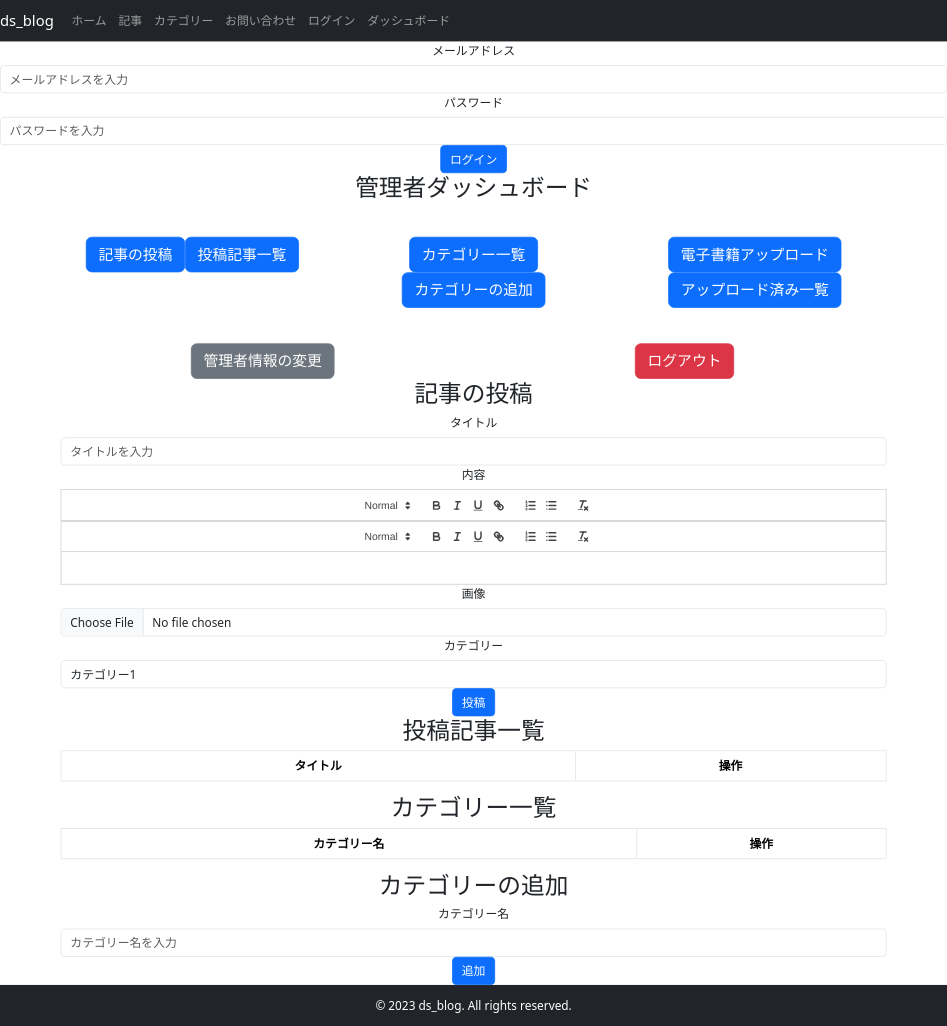
Repository: a-yama100/ds_blog
Page: /categories (app in frontend/)
The author's editor kept a copy of each file at every save. The page is drawn from the files as they stood at one save, then again after the next save.
The browser window is 1280 px wide. The pictures show the whole page, at 74% of full size.
The page's requests for data from a server got no answer. The project was rebuilt for these pictures with package versions that can differ from the ones it lists, and the page was loaded fresh each time. No one was signed in, and anything a server would have sent is missing.

Above is the page before, as saved 2023-10-03 06:48:34.

### frontend/src/index.js
// E:\programming\Project\ds_blog\frontend\src\index.js

import React from 'react';
import ReactDOM from 'react-dom/client';
import './index.css';
import App from './App';
import reportWebVitals from './reportWebVitals';
import 'bootstrap/dist/css/bootstrap.min.css';

const root = ReactDOM.createRoot(document.getElementById('root'));
root.render(
  <React.StrictMode>
    <App />
  </React.StrictMode>
);

reportWebVitals();

### frontend/src/App.js
// E:\programming\Project\ds_blog\frontend\src\App.js

import './App.css';
import React from 'react';
import Header from './components/Header';
import Footer from './components/Footer';
import Login from './components/Login';
import Dashboard from './components/Dashboard';
import ArticleCreate from './components/ArticleCreate';
import ArticleList from './components/ArticleList';
import CategoryList from './components/CategoryList';
import AddCategory from './components/AddCategory';
import EditProfile from './components/EditProfile';

function App() {
  return (
    <div className="App">
      <Header />
      <Login />
      <Dashboard />
      <ArticleCreate />
      <ArticleList />
      <CategoryList />
      <AddCategory />
      <Footer />
    </div>
  );
}

export default App;

### frontend/src/components/Header.js
// E:\programming\Project\ds_blog\frontend\src\components\Header.js

import React from 'react';
import { Navbar, Nav } from 'react-bootstrap';

const Header = () => {
    return (
        <Navbar bg="dark" variant="dark" expand="lg">
            <Navbar.Brand href="/">ds_blog</Navbar.Brand>
            <Navbar.Toggle aria-controls="basic-navbar-nav" />
            <Navbar.Collapse id="basic-navbar-nav">
                <Nav className="mr-auto">
                    <Nav.Link href="/">ホーム</Nav.Link>
                    <Nav.Link href="/articles">記事</Nav.Link>
                    <Nav.Link href="/categories">カテゴリー</Nav.Link>
                    <Nav.Link href="/contact">お問い合わせ</Nav.Link>
                </Nav>
                <Nav className="ml-auto">
                    <Nav.Link href="/login">ログイン</Nav.Link>
                    <Nav.Link href="/dashboard">ダッシュボード</Nav.Link>
                </Nav>
            </Navbar.Collapse>
        </Navbar>
    );
}

export default Header;

### frontend/src/components/Footer.js
// E:\programming\Project\ds_blog\frontend\src\components\Footer.js

import React from 'react';

const Footer = () => {
    return (
        <footer className="text-center py-3 bg-dark text-white">
            &copy; 2023 ds_blog. All rights reserved.
        </footer>
    );
}

export default Footer;

### frontend/src/components/Login.js
// E:\programming\Project\ds_blog\frontend\src\components\Login.js

import React, { useState } from 'react';
import { Form, Button } from 'react-bootstrap';

const Login = () => {
    const [email, setEmail] = useState('');
    const [password, setPassword] = useState('');

    const handleSubmit = async (e) => {
        e.preventDefault();
        try {
            const response = await fetch('/users/login', {
                method: 'POST',
                headers: {
                    'Content-Type': 'application/json'
                },
                body: JSON.stringify({ email, password })
            });
            const data = await response.json();

            if (response.status === 200) {
                console.log("ログイン成功:", data);
                // ここでセッションやトークンを保存する処理を追加
            } else {
                console.error("ログイン失敗:", data.error);
            }
        } catch (error) {
            console.error("エラー:", error);
        }
    }

    return (
        <div className="login-form">
            <Form onSubmit={handleSubmit}>
                <Form.Group controlId="formBasicEmail">
                    <Form.Label>メールアドレス</Form.Label>
                    <Form.Control type="email" placeholder="メールアドレスを入力" value={email} onChange={e => setEmail(e.target.value)} />
                </Form.Group>

                <Form.Group controlId="formBasicPassword">
                    <Form.Label>パスワード</Form.Label>
                    <Form.Control type="password" placeholder="パスワードを入力" value={password} onChange={e => setPassword(e.target.value)} />
                </Form.Group>

                <Button variant="primary" type="submit">
                    ログイン
                </Button>
            </Form>
        </div>
    );
}

export default Login;

### frontend/src/components/Dashboard.js
// E:\programming\Project\ds_blog\frontend\src\components\Dashboard.js

import React from 'react';
import { Button, Container, Row, Col } from 'react-bootstrap';

const Dashboard = () => {
    return (
        <Container>
            <h2>管理者ダッシュボード</h2>
            <Row className="mt-5">
                <Col md={4}>
                    <Button href="/create-article" variant="primary" size="lg" block>記事の投稿</Button>
                    <Button href="/articles" variant="primary" size="lg" block>投稿記事一覧</Button>
                </Col>
                <Col md={4}>
                    <Button href="/categories" variant="primary" size="lg" block>カテゴリー一覧</Button>
                    <Button href="/add-category" variant="primary" size="lg" block>カテゴリーの追加</Button>
                </Col>
                <Col md={4}>
                    <Button href="/upload-ebook" variant="primary" size="lg" block>電子書籍アップロード</Button>
                    <Button href="/ebooks" variant="primary" size="lg" block>アップロード済み一覧</Button>
                </Col>
            </Row>
            <Row className="mt-5">
                <Col md={6}>
                    <Button href="/edit-profile" variant="secondary" size="lg" block>管理者情報の変更</Button>
                </Col>
                <Col md={6}>
                    <Button href="/logout" variant="danger" size="lg" block>ログアウト</Button>
                </Col>
            </Row>
        </Container>
    );
}

export default Dashboard;

### frontend/src/components/ArticleCreate.js
// E:\programming\Project\ds_blog\frontend\src\components\ArticleCreate.js

import React, { useState } from 'react';
import RichTextEditor from './RichTextEditor';
import { Button, Form, Container } from 'react-bootstrap';

const ArticleCreate = () => {
    const [title, setTitle] = useState('');
    const [content, setContent] = useState('');
    const [image, setImage] = useState(null);
    const [categoryId, setCategoryId] = useState('');

    const handleSubmit = async (e) => {
        e.preventDefault();
        const formData = new FormData();
        formData.append('title', title);
        formData.append('content', content);
        if (image) formData.append('image', image);
        formData.append('categoryId', categoryId);

        try {
            const response = await fetch('/articles', {
                method: 'POST',
                body: formData
            });
            const data = await response.json();

            if (response.status === 200) {
                console.log("記事投稿成功:", data);
            } else {
                console.error("記事投稿失敗:", data.error);
            }
        } catch (error) {
            console.error("エラー:", error);
        }
    }

    return (
        <Container>
            <h2>記事の投稿</h2>
            <Form onSubmit={handleSubmit}>
                <Form.Group controlId="title">
                    <Form.Label>タイトル</Form.Label>
                    <Form.Control type="text" placeholder="タイトルを入力" value={title} onChange={e => setTitle(e.target.value)} />
                </Form.Group>

                <Form.Group controlId="content">
                    <Form.Label>内容</Form.Label>
                    <RichTextEditor content={content} setContent={setContent} />
                </Form.Group>

                <Form.Group>
                    <Form.Label>画像</Form.Label>
                    <Form.Control type="file" onChange={e => setImage(e.target.files[0])} />
                </Form.Group>

                <Form.Group controlId="categoryId">
                    <Form.Label>カテゴリー</Form.Label>
                    <Form.Control as="select" value={categoryId} onChange={e => setCategoryId(e.target.value)}>
                        {/* カテゴリーのデータはAPIから取得する必要があります */}
                        <option value="1">カテゴリー1</option>
                        <option value="2">カテゴリー2</option>
                        {/* ... */}
                    </Form.Control>
                </Form.Group>

                <Button variant="primary" type="submit">
                    投稿
                </Button>
            </Form>
        </Container>
    );
}

export default ArticleCreate;

### frontend/src/components/ArticleList.js
// E:\programming\Project\ds_blog\frontend\src\components\ArticleList.js

import React, { useState, useEffect } from 'react';
import { Table, Container } from 'react-bootstrap';

const ArticleList = () => {
    const [articles, setArticles] = useState([]);

    useEffect(() => {
        const fetchArticles = async () => {
            try {
                const response = await fetch('/articles');
                const data = await response.json();
                setArticles(data);
            } catch (error) {
                console.error("エラー:", error);
            }
        }
        fetchArticles();
    }, []);

    return (
        <Container>
            <h2>投稿記事一覧</h2>
            <Table striped bordered hover>
                <thead>
                    <tr>
                        <th>タイトル</th>
                        <th>操作</th>
                    </tr>
                </thead>
                <tbody>
                    {articles.map(article => (
                        <tr key={article.id}>
                            <td>{article.title}</td>
                            <td>
                                <a href={`/articles/${article.id}/edit`}>編集</a> |
                                <a href={`/articles/${article.id}/delete`}>削除</a>
                            </td>
                        </tr>
                    ))}
                </tbody>
            </Table>
        </Container>
    );
}

export default ArticleList;

### frontend/src/components/CategoryList.js
// E:\programming\Project\ds_blog\frontend\src\components\CategoryList.js

import React, { useState, useEffect } from 'react';
import { Table, Container } from 'react-bootstrap';

const CategoryList = () => {
    const [categories, setCategories] = useState([]);

    useEffect(() => {
        const fetchCategories = async () => {
            try {
                const response = await fetch('/categories');
                const data = await response.json();
                setCategories(data);
            } catch (error) {
                console.error("エラー:", error);
            }
        }
        fetchCategories();
    }, []);

    return (
        <Container>
            <h2>カテゴリー一覧</h2>
            <Table striped bordered hover>
                <thead>
                    <tr>
                        <th>カテゴリー名</th>
                        <th>操作</th>
                    </tr>
                </thead>
                <tbody>
                    {categories.map(category => (
                        <tr key={category.id}>
                            <td>{category.name}</td>
                            <td>
                                <a href={`/categories/${category.id}/edit`}>編集</a> |
                                <a href={`/categories/${category.id}/delete`}>削除</a>
                            </td>
                        </tr>
                    ))}
                </tbody>
            </Table>
        </Container>
    );
}

export default CategoryList;

### frontend/src/components/AddCategory.js
// E:\programming\Project\ds_blog\frontend\src\components\AddCategory.js

import React, { useState } from 'react';
import { Button, Form, Container } from 'react-bootstrap';

const AddCategory = () => {
    const [name, setName] = useState('');

    const handleSubmit = async (e) => {
        e.preventDefault();
        try {
            const response = await fetch('/categories', {
                method: 'POST',
                headers: {
                    'Content-Type': 'application/json'
                },
                body: JSON.stringify({ name })
            });
            const data = await response.json();

            if (response.status === 200) {
                console.log("カテゴリー追加成功:", data);
            } else {
                console.error("カテゴリー追加失敗:", data.error);
            }
        } catch (error) {
            console.error("エラー:", error);
        }
    }

    return (
        <Container>
            <h2>カテゴリーの追加</h2>
            <Form onSubmit={handleSubmit}>
                <Form.Group controlId="name">
                    <Form.Label>カテゴリー名</Form.Label>
                    <Form.Control type="text" placeholder="カテゴリー名を入力" value={name} onChange={e => setName(e.target.value)} />
                </Form.Group>

                <Button variant="primary" type="submit">
                    追加
                </Button>
            </Form>
        </Container>
    );
}

export default AddCategory;

### frontend/src/components/RichTextEditor.js
// E:\programming\Project\ds_blog\frontend\src\components\RichTextEditor.js

import React, { useRef, useEffect } from 'react';
import Quill from 'quill';
import 'quill/dist/quill.snow.css';  // for snow theme

const RichTextEditor = ({ content, setContent }) => {
    const editorRef = useRef(null);
    const quillInstance = useRef(null);  // useRefを使用してquillInstanceを定義

    useEffect(() => {
        quillInstance.current = new Quill(editorRef.current, {
            theme: 'snow'
        });

        quillInstance.current.on('text-change', () => {
            setContent(quillInstance.current.root.innerHTML);
        });
    }, [setContent]);

    return (
        <div ref={editorRef}></div>
    );
};

export default RichTextEditor;

### frontend/src/components/EditProfile.js
// E:\programming\Project\ds_blog\frontend\src\components\EditProfile.js

import React, { useState } from 'react';
import { Form, Button, Container } from 'react-bootstrap';

const EditProfile = () => {
    const [username, setUsername] = useState('');
    const [email, setEmail] = useState('');
    const [password, setPassword] = useState('');

    const handleSubmit = async (e) => {
        e.preventDefault();
        try {
            const response = await fetch('/users/edit', {
                method: 'POST',
                headers: {
                    'Content-Type': 'application/json'
                },
                body: JSON.stringify({ username, email, password })
            });
            const data = await response.json();

            if (response.status === 200) {
                console.log("情報更新成功:", data);
            } else {
                console.error("情報更新失敗:", data.error);
            }
        } catch (error) {
            console.error("エラー:", error);
        }
    }

    return (
        <Container>
            <h2>管理者情報の変更</h2>
            <Form onSubmit={handleSubmit}>
                <Form.Group controlId="username">
                    <Form.Label>ユーザー名</Form.Label>
                    <Form.Control type="text" placeholder="ユーザー名を入力" value={username} onChange={e => setUsername(e.target.value)} />
                </Form.Group>

                <Form.Group controlId="email">
                    <Form.Label>メールアドレス</Form.Label>
                    <Form.Control type="email" placeholder="メールアドレスを入力" value={email} onChange={e => setEmail(e.target.value)} />
                </Form.Group>

                <Form.Group controlId="password">
                    <Form.Label>新しいパスワード</Form.Label>
                    <Form.Control type="password" placeholder="新しいパスワードを入力" value={password} onChange={e => setPassword(e.target.value)} />
                </Form.Group>

                <Button variant="primary" type="submit">
                    更新
                </Button>
            </Form>
        </Container>
    );
}

export default EditProfile;

Loaded but not shown: frontend/public/index.html (common file); frontend/src/index.css (common file); frontend/src/reportWebVitals.js (common file); frontend/src/App.css (common file)

After the next save:
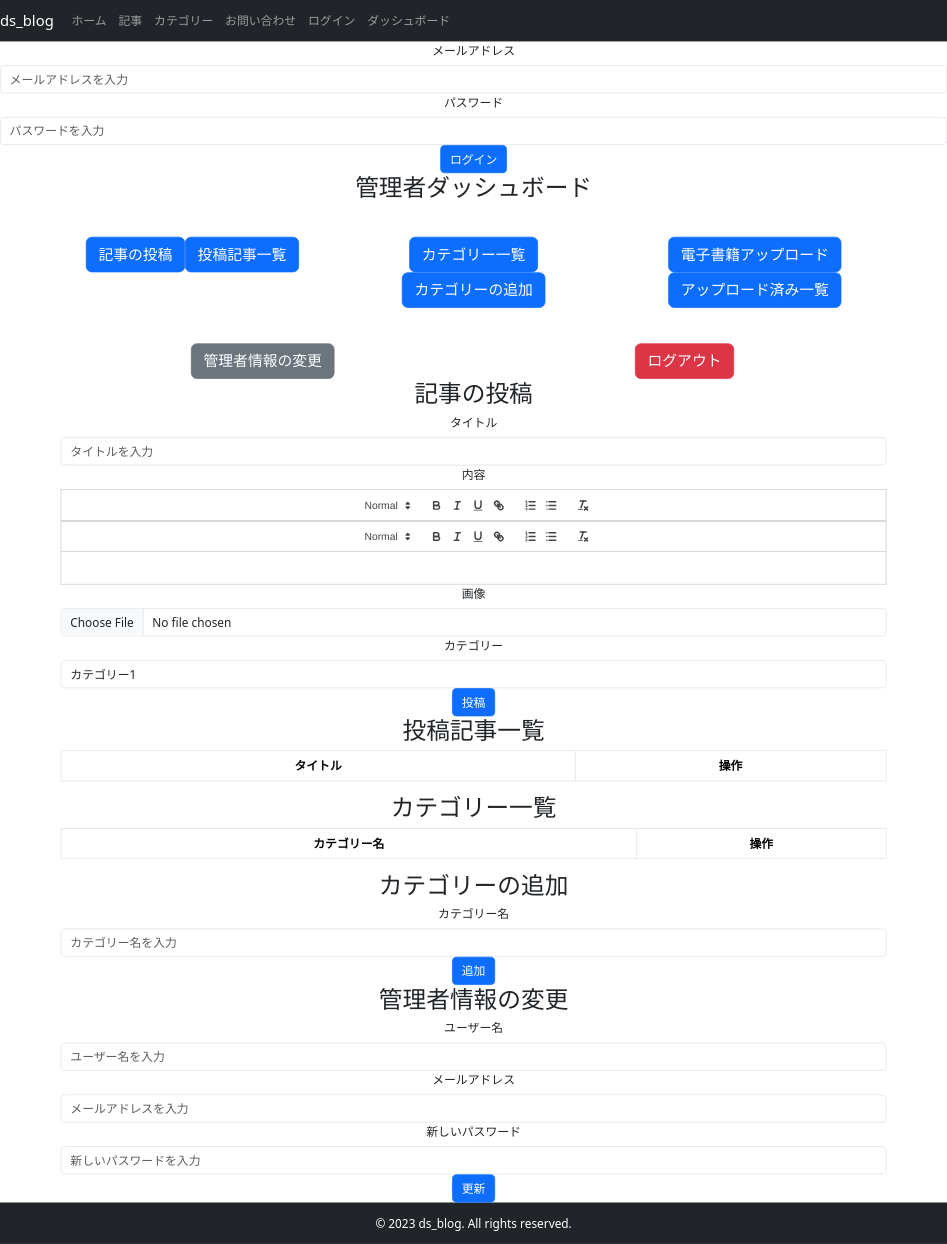
Saved 12 s later.
--- a/frontend/src/App.js
+++ b/frontend/src/App.js
@@ -22,6 +22,7 @@
       <ArticleList />
       <CategoryList />
       <AddCategory />
+      <EditProfile />
       <Footer />
     </div>
   );
